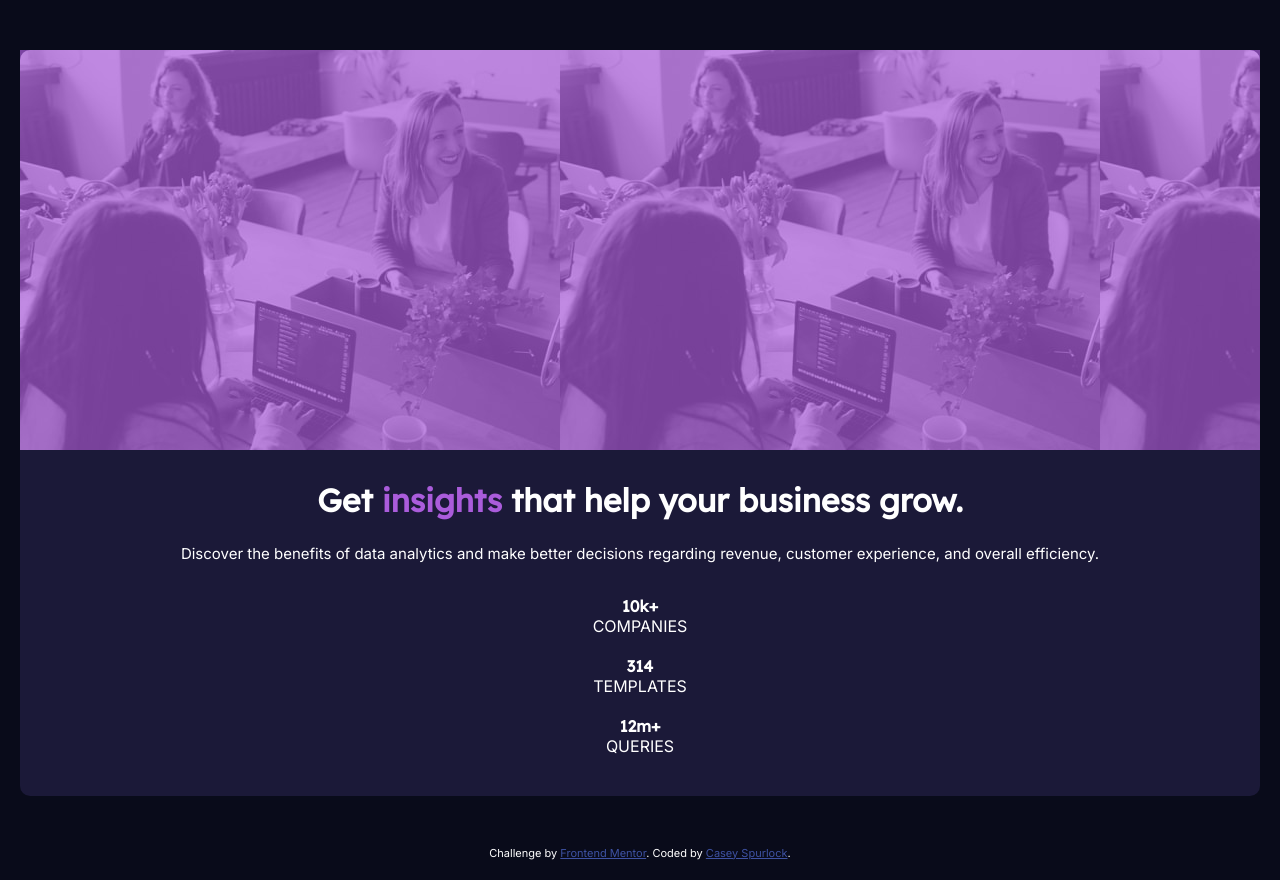
Repository: CaseySpurlock/stats-prewiew-component
Page: index.html
These files come from the project's save history. The page is drawn as it stood at one moment and after the next save; the edit follows.
The browser window is 1280 px wide. The pictures show the whole page.

Above is the page before, as saved 2021-06-22 01:39:30.

After the next save:
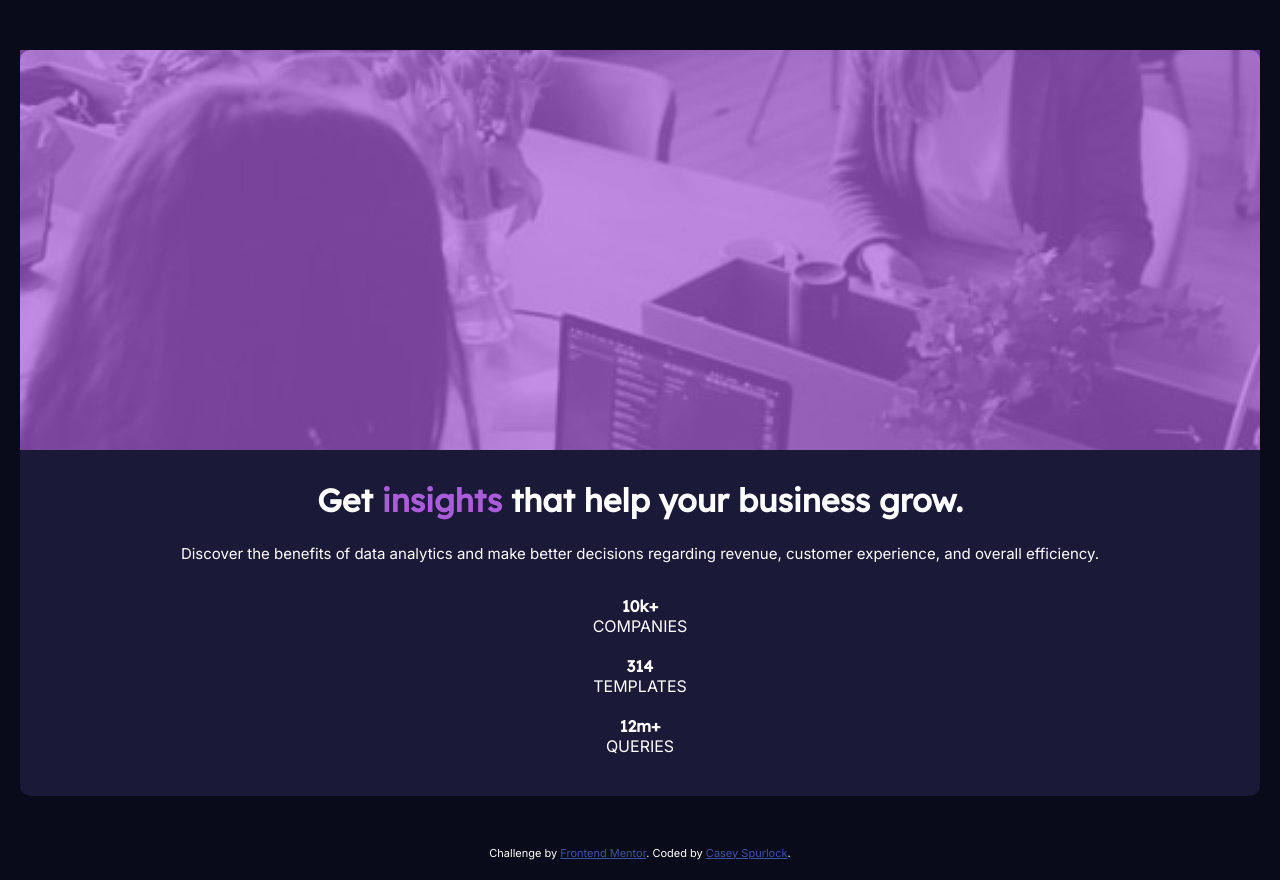
Saved 41 s later.
--- a/styles.css
+++ b/styles.css
@@ -96,6 +96,6 @@
 
 @media (min-width: 768px) {
     .container .picture {
-        background: url(./images/image-header-desktop.jpg)
+        background: url(./images/image-header-desktop.jpg) no-repeat center/cover;
     }
 }
